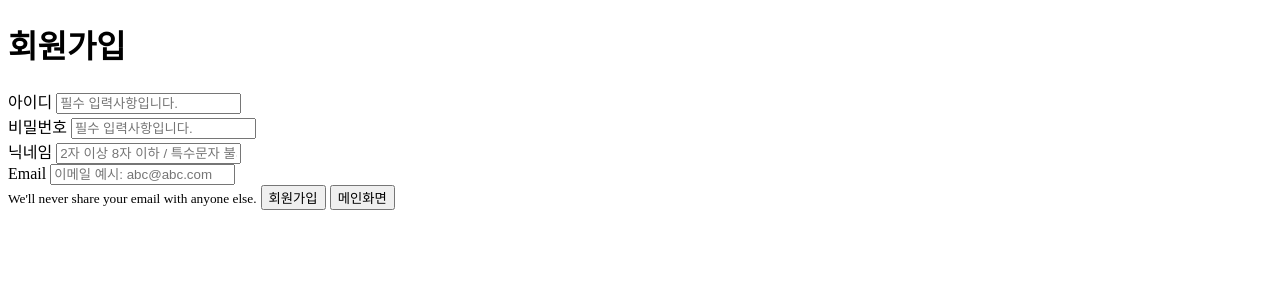
Repository: Gansaw/Airport_Portal
Page: http://localhost/signup
The author's editor kept a copy of each file at every save. The page is drawn from the files as they stood at one save, then again after the next save.
The browser window is 1280 px wide. The pictures show the whole page.
The page is this project's Thymeleaf template; nobody is signed in. The template is opened directly, without the code that normally fills it, so the values that code supplies are empty.

Above is the page before, as saved 2023-07-27 05:17:39.

After the next save:
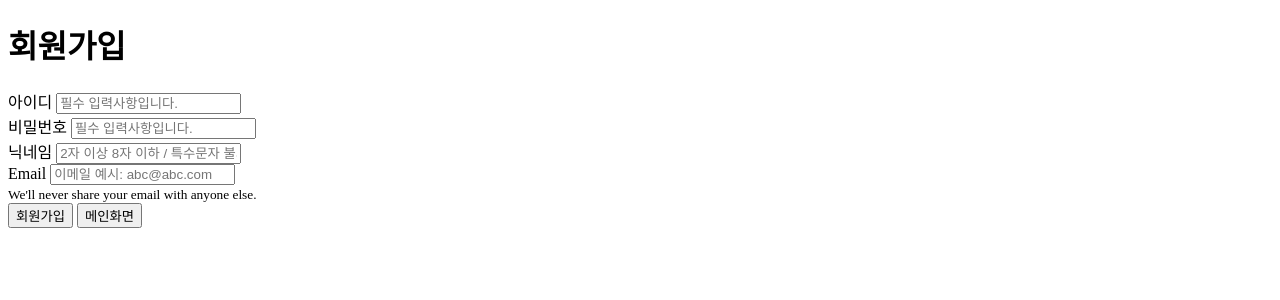
Saved 8 s later.
--- a/WebServiceDevelop/WebProject/src/main/resources/templates/signup.html
+++ b/WebServiceDevelop/WebProject/src/main/resources/templates/signup.html
@@ -25,7 +25,7 @@
 			</label>
 			<label for="email">Email</label>
 			<input type="email" id="email" name="email" placeholder="이메일 예시: abc@abc.com" required> <br/>
-			<small>We'll never share your email with anyone else.</small>
+			<small>We'll never share your email with anyone else.</small> <br/>
 
 			<button type="submit">회원가입</button>
 			<button type="submit">메인화면</button>
